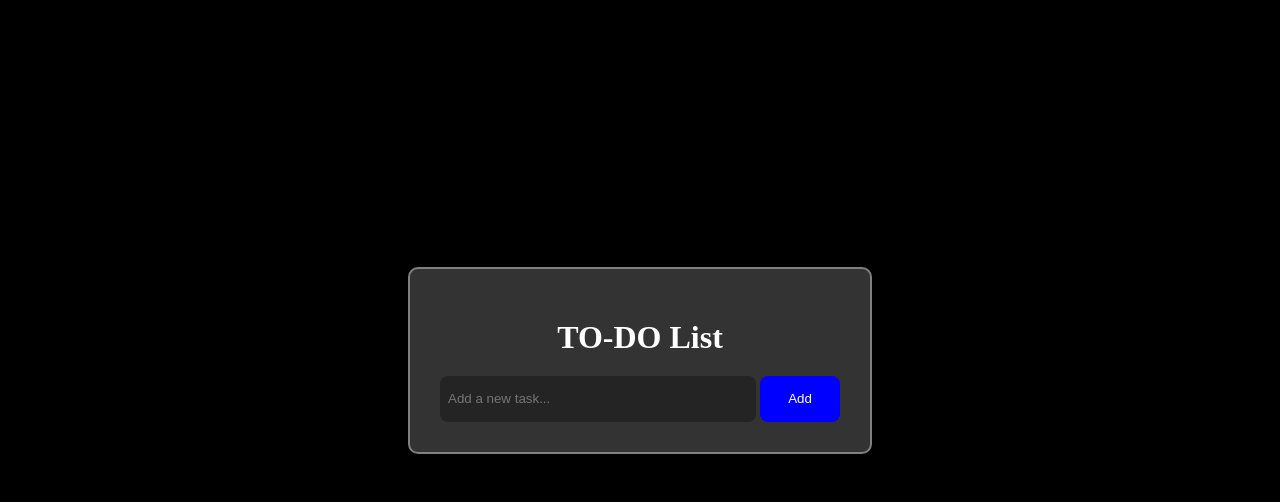
Repository: ksusmitha879-cyber/todo-list
Page: index.html
The author's editor kept a copy of each file at every save. The page is drawn from the files as they stood at one save, then again after a run of saves.
The browser window is 1280 px wide. The pictures show the whole page.

Above is the page before, as saved 2025-11-28 02:34:01.

### index.html
<!DOCTYPE html>
<html lang="en">
<head>
    <meta charset="UTF-8">
    <meta name="viewport" content="width=device-width, initial-scale=1.0">
    <title>TO-DO List</title>
    <link rel="stylesheet" href="style.css">
</head>
<body>
    <div class="container">
        <h1>TO-DO List</h1>
        <div class="input-container">
            <input type="text" id="todo-input" placeholder="Add a new task..."/>
            <button>Add</button>
        </div>
        <ul id="todo-list">

        </ul>
    </div>
</body>
</html>

### style.css
*{
    margin: 0;
    padding: 0;
    background-color: black;
    color: white;
}

html, body{
    height: 100%;
    display: grid;
    place-items: center;
}
.container{
    padding: 30px;
    background-color: rgb(51, 51, 51);
    width: 400px;
    height: auto;
    border: 2px solid grey;
    border-radius: 10px;
}
h1{
    display: flex;
    align-items: center;
    justify-content: center;
    background-color: rgb(51, 51, 51);
    margin: 20px;
}
.input-container{
    background-color: rgb(51, 51, 51);
    width: 100%;
    display: flex;
    justify-content: space-between;
}
input{
    background-color: #252424;
    color: white;
    width: 75%;
    height: 30px;
    border-radius: 8px;
    border-style: none;
    padding: 8px;
}
.input-container button{
    background-color: blue;
    color: white;
    width: 20%;
    height: auto;
    border-radius: 8px;
    border-style: none;
    padding: 8px;
    cursor: pointer;
}

After the next 3 saves:
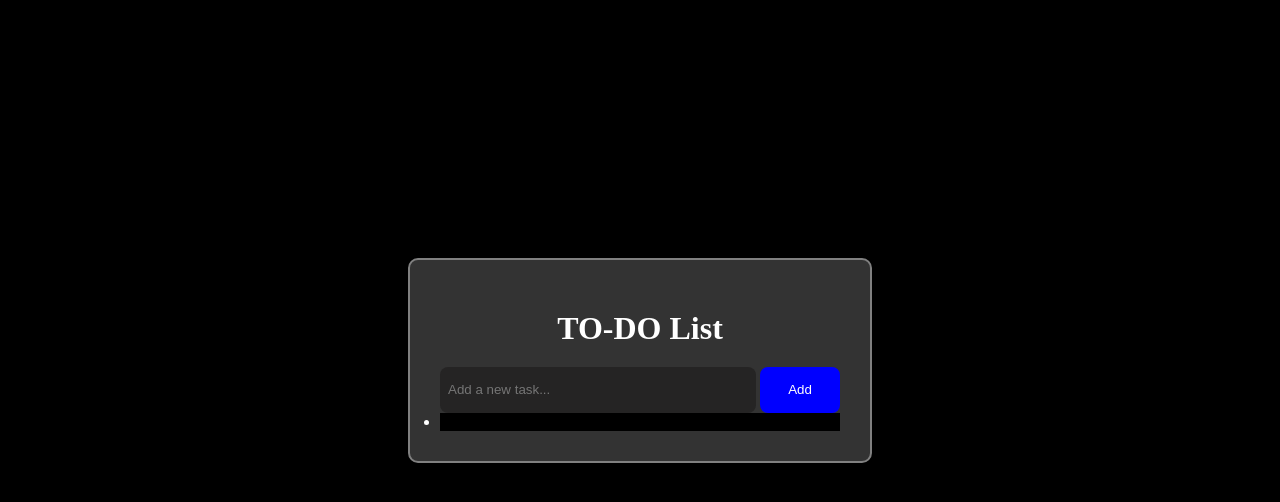
The 3 saves are shown as one change because they came seconds apart.
The last was saved 35 s later.
--- a/index.html
+++ b/index.html
@@ -14,7 +14,9 @@
             <button>Add</button>
         </div>
         <ul id="todo-list">
+            <li>
 
+            </li>
         </ul>
     </div>
 </body>
